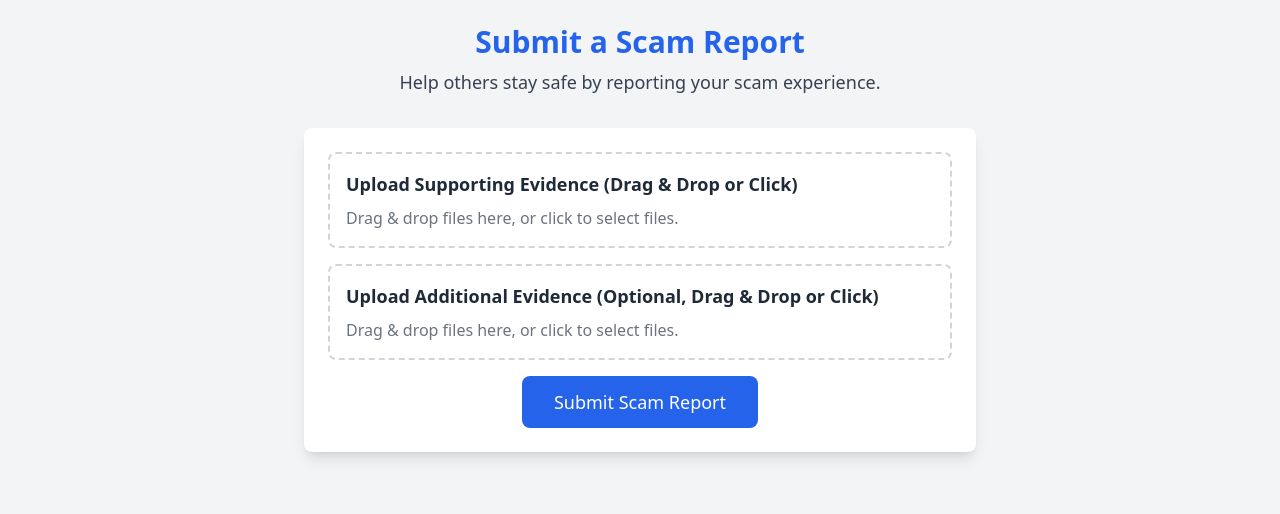
Repository: dev-athar/protarok
Page: /submit-scam
The author's editor kept a copy of each file at every save. The page is drawn from the files as they stood at one save, then again after the next save.
The browser window is 1280 px wide. The pictures show the whole page.
The project was rebuilt for these pictures with package versions that can differ from the ones it lists, and the page was loaded fresh each time. Also part of the build but not shown: vite.config.ts, src/pages/HomePage.tsx, src/pages/SearchResultsPage.tsx.

Above is the page before, as saved 2024-12-31 14:22:00.

### src/main.tsx
import { StrictMode } from "react";
import { createRoot } from "react-dom/client";
import "./index.css";
// import "./styles.css";
import App from "./App.tsx";

createRoot(document.getElementById("root")!).render(
  <StrictMode>
    <App />
  </StrictMode>
);

### src/App.tsx
// src/App.js
import { BrowserRouter as Router, Routes, Route } from "react-router-dom";
import HomePage from "./pages/HomePage";
import SearchResultsPage from "./pages/SearchResultsPage";
import SubmitScamPage from "./pages/SubmitScamPage";

function App() {
  return (
    <Router>
      <Routes>
        <Route path="/" element={<HomePage />} />
        <Route path="/search" element={<SearchResultsPage />} />
        <Route path="/submit-scam" element={<SubmitScamPage />} />
      </Routes>
    </Router>
  );
}

export default App;

### src/pages/SubmitScamPage.tsx
// import { useState } from "react";
// // Import the Supabase client
// import { supabase } from "../supabase"; // Ensure you have a supabase.js file exporting the initialized client

// const SubmitScamPage = () => {
//   const [formData, setFormData] = useState({
//     scamProfileName: "",
//     platform: "",
//     scamContactInfo: "",
//     dateOfScam: "",
//     description: "",
//     proof: [],
//     paymentMethod: "",
//     additionalEvidence: [],
//     victimContactInfo: "",
//     bankDetails: "",
//     paymentPlatform: "",
//     scamProfileUrl: "",
//     reportStatus: "",
//   });

//   const [isSubmitted, setIsSubmitted] = useState(false);

//   const handleChange = (e) => {
//     const { name, value } = e.target;
//     setFormData((prev) => ({
//       ...prev,
//       [name]: value,
//     }));
//   };

//   const handleFileChange = (e) => {
//     const { name, files } = e.target;
//     setFormData((prev) => ({
//       ...prev,
//       [name]: files[0],
//     }));
//   };

//   // Upload file to Supabase Storage
//   const uploadFileToSupabase = async (file, folder) => {
//     if (!file) {
//       // console.error("No file provided for upload.");
//       return null;
//     }

//     const filePath = `${folder}/${Date.now()}-${file.name}`;
//     // console.log(`Uploading file: ${filePath}`); // Log file path for debugging

//     // Upload file to Supabase Storage
//     const { data, error } = await supabase.storage
//       .from("uploads") // Ensure the bucket name matches
//       .upload(filePath, file);

//     if (error) {
//       console.error("File upload error:", error.message);
//       return null;
//     }
//     // console.log("Upload response:", data);

//     // Generate the public URL
//     const { data: publicData, error: publicError } = supabase.storage
//       .from("uploads")
//       .getPublicUrl(filePath);

//     if (publicError) {
//       console.error("Error generating public URL:", publicError.message);
//       return null;
//     }

//     // console.log(`Public URL generated: ${publicData.publicUrl}`);
//     return publicData.publicUrl;
//   };

//   const handleSubmit = async (e) => {
//     e.preventDefault();

//     try {
//       // Ensure URL has a proper scheme
//       const normalizedUrl = formData.scamProfileUrl.trim()
//         ? formData.scamProfileUrl.trim().startsWith("http")
//           ? formData.scamProfileUrl.trim()
//           : `https://${formData.scamProfileUrl.trim()}`
//         : "";

//       // Proceed with the updated URL in the form data
//       const formDataWithUrl = {
//         ...formData,
//         scamProfileUrl: normalizedUrl,
//       };

//       // Upload files to Supabase Storage
//       const proofUrl = await uploadFileToSupabase(formData.proof, "proofs");
//       const additionalEvidenceUrl = await uploadFileToSupabase(
//         formData.additionalEvidence,
//         "additionalEvidence"
//       );

//       // Insert data into Supabase database
//       const { error } = await supabase.from("scamReports").insert([
//         {
//           ...formDataWithUrl,
//           proof: proofUrl || null,
//           additionalEvidence: additionalEvidenceUrl || null,
//           submittedAt: new Date(), // Add timestamp
//         },
//       ]);

//       if (error) {
//         throw new Error(error.message);
//       }

//       // Reset form and show confirmation message
//       setFormData({
//         scamProfileName: "",
//         platform: "",
//         scamContactInfo: "",
//         dateOfScam: "",
//         description: "",
//         proof: null,
//         paymentMethod: "",
//         additionalEvidence: null,
//         victimContactInfo: "",
//         bankDetails: "",
//         paymentPlatform: "",
//         scamProfileUrl: "",
//         reportStatus: "",
//       });
//       setIsSubmitted(true);

//       // Hide confirmation message after a timeout
//       setTimeout(() => setIsSubmitted(false), 5000);
//     } catch (error) {
//       console.error("Error submitting form:", error);
//       alert(
//         "An error occurred while submitting your report. Please try again."
//       );
//     }
//   };

//   return (
//     <div className="min-h-screen bg-gray-100 p-6">
//       <header className="text-center mb-8">
//         <h1 className="text-3xl font-bold text-blue-600">
//           Submit a Scam Report
//         </h1>
//         <p className="text-lg text-gray-700 mt-2">
//           Help others stay safe by reporting your scam experience.
//         </p>
//       </header>

//       <div className="max-w-2xl mx-auto bg-white p-6 rounded-lg shadow-lg">
//         {isSubmitted && (
//           <div className="mb-4 p-4 text-green-700 bg-green-100 rounded-lg">
//             Thank you! Your report has been submitted and is pending admin
//             approval.
//           </div>
//         )}

//         <form onSubmit={handleSubmit}>
//           {/* Scam Profile Name */}
//           <div className="mb-4">
//             <label
//               htmlFor="scamProfileName"
//               className="block text-lg font-semibold text-gray-800"
//             >
//               Scammer’s Profile Name or Business Name
//             </label>
//             <input
//               type="text"
//               id="scamProfileName"
//               name="scamProfileName"
//               value={formData.scamProfileName}
//               onChange={handleChange}
//               className="w-full p-3 border border-gray-300 rounded-lg shadow-sm focus:outline-none focus:ring-2 focus:ring-blue-500"
//               placeholder="Enter profile or business name"
//               required
//             />
//           </div>

//           {/* Platform Used */}
//           <div className="mb-4">
//             <label
//               htmlFor="platform"
//               className="block text-lg font-semibold text-gray-800"
//             >
//               Platform Used
//             </label>
//             <select
//               id="platform"
//               name="platform"
//               value={formData.platform}
//               onChange={handleChange}
//               className="w-full p-3 border border-gray-300 rounded-lg shadow-sm focus:outline-none focus:ring-2 focus:ring-blue-500"
//               required
//             >
//               <option value="">Select Platform</option>
//               <option value="Facebook">Facebook</option>
//               <option value="Website">Website</option>
//               <option value="Phone">Phone</option>
//               <option value="Other">Other</option>
//             </select>
//           </div>

//           {/* Scammer’s Bank Details */}
//           <div className="mb-4">
//             <label
//               htmlFor="bankDetails"
//               className="block text-lg font-semibold text-gray-800"
//             >
//               Scammer’s Bank Details
//             </label>
//             <input
//               type="text"
//               id="bankDetails"
//               name="bankDetails"
//               value={formData.bankDetails}
//               onChange={handleChange}
//               className="w-full p-3 border border-gray-300 rounded-lg shadow-sm focus:outline-none focus:ring-2 focus:ring-blue-500"
//               placeholder="e.g., bKash/Nagad account or bank details"
//               required
//             />
//           </div>

//           {/* Payment Platform */}
//           <div className="mb-4">
//             <label
//               htmlFor="paymentPlatform"
//               className="block text-lg font-semibold text-gray-800"
//             >
//               Payment Platform Used
//             </label>
//             <input
//               type="text"
//               id="paymentPlatform"
//               name="paymentPlatform"
//               value={formData.paymentPlatform}
//               onChange={handleChange}
//               className="w-full p-3 border border-gray-300 rounded-lg shadow-sm focus:outline-none focus:ring-2 focus:ring-blue-500"
//               placeholder="e.g., bKash, Nagad, etc."
//             />
//           </div>

//           {/* Date and Time of Scam */}
//           <div className="mb-4">
//             <label
//               htmlFor="dateOfScam"
//               className="block text-lg font-semibold text-gray-800"
//             >
//               Date and Time of Scam
//             </label>
//             <input
//               type="datetime-local"
//               id="dateOfScam"
//               name="dateOfScam"
//               value={formData.dateOfScam}
//               onChange={handleChange}
//               className="w-full p-3 border border-gray-300 rounded-lg shadow-sm focus:outline-none focus:ring-2 focus:ring-blue-500"
//               required
//             />
//           </div>

//           {/* Description */}
//           <div className="mb-4">
//             <label
//               htmlFor="description"
//               className="block text-lg font-semibold text-gray-800"
//             >
//               Summary of the Incident
//             </label>
//             <textarea
//               id="description"
//               name="description"
//               value={formData.description}
//               onChange={handleChange}
//               className="w-full p-3 border border-gray-300 rounded-lg shadow-sm focus:outline-none focus:ring-2 focus:ring-blue-500"
//               rows="5"
//               placeholder="Describe the scam in detail"
//               required
//             ></textarea>
//           </div>

//           {/* Supporting Evidence */}
//           <div className="mb-4">
//             <label
//               htmlFor="proof"
//               className="block text-lg font-semibold text-gray-800"
//             >
//               Upload Supporting Evidence
//             </label>
//             <input
//               type="file"
//               id="proof"
//               name="proof"
//               accept="image/*,.pdf"
//               onChange={handleFileChange}
//               className="w-full p-2 border border-gray-300 rounded-lg shadow-sm focus:outline-none focus:ring-2 focus:ring-blue-500"
//               required
//             />
//           </div>

//           {/* Additional Evidence */}
//           <div className="mb-4">
//             <label
//               htmlFor="additionalEvidence"
//               className="block text-lg font-semibold text-gray-800"
//             >
//               Upload Additional Evidence (Optional)
//             </label>
//             <input
//               type="file"
//               id="additionalEvidence"
//               name="additionalEvidence"
//               accept="image/*,.pdf"
//               onChange={handleFileChange}
//               className="w-full p-2 border border-gray-300 rounded-lg shadow-sm focus:outline-none focus:ring-2 focus:ring-blue-500"
//             />
//           </div>

//           {/* Victim Contact Info */}
//           <div className="mb-4">
//             <label
//               htmlFor="victimContactInfo"
//               className="block text-lg font-semibold text-gray-800"
//             >
//               Your Contact Info (Optional)
//             </label>
//             <input
//               type="text"
//               id="victimContactInfo"
//               name="victimContactInfo"
//               value={formData.victimContactInfo}
//               onChange={handleChange}
//               className="w-full p-3 border border-gray-300 rounded-lg shadow-sm focus:outline-none focus:ring-2 focus:ring-blue-500"
//               placeholder="Email or phone (optional)"
//             />
//           </div>

//           {/* Scammer Profile URL */}
//           <div className="mb-4">
//             <label
//               htmlFor="scamProfileUrl"
//               className="block text-lg font-semibold text-gray-800"
//             >
//               Scammer’s Profile URL (Optional)
//             </label>
//             <input
//               type="text"
//               id="scamProfileUrl"
//               name="scamProfileUrl"
//               value={formData.scamProfileUrl}
//               onChange={handleChange}
//               className="w-full p-3 border border-gray-300 rounded-lg shadow-sm focus:outline-none focus:ring-2 focus:ring-blue-500"
//               placeholder="Enter scammer's profile URL (Optional)"
//             />
//           </div>

//           {/* Report Status */}
//           <div className="mb-4">
//             <label
//               htmlFor="reportStatus"
//               className="block text-lg font-semibold text-gray-800"
//             >
//               Report Status (Optional)
//             </label>
//             <input
//               type="text"
//               id="reportStatus"
//               name="reportStatus"
//               value={formData.reportStatus}
//               onChange={handleChange}
//               className="w-full p-3 border border-gray-300 rounded-lg shadow-sm focus:outline-none focus:ring-2 focus:ring-blue-500"
//               placeholder="Status of report, like Information about complaints made to authorities"
//             />
//           </div>

//           {/* Submit Button */}
//           <div className="text-center">
//             <button
//               type="submit"
//               className="bg-blue-600 text-white py-3 px-8 rounded-lg text-lg hover:bg-blue-700 transition duration-300"
//             >
//               Submit Scam Report
//             </button>
//           </div>
//         </form>
//       </div>
//     </div>
//   );
// };

// export default SubmitScamPage;

import { useState } from "react";
import { supabase } from "../supabase"; // Ensure you have a supabase.js file exporting the initialized client

const SubmitScamPage = () => {
  const [formData, setFormData] = useState({
    scamProfileName: "",
    platform: "",
    scamContactInfo: "",
    dateOfScam: "",
    description: "",
    proof: [],
    paymentMethod: "",
    additionalEvidence: [],
    victimContactInfo: "",
    bankDetails: "",
    paymentPlatform: "",
    scamProfileUrl: "",
    reportStatus: "",
  });

  const [isSubmitted, setIsSubmitted] = useState(false);

  const handleChange = (e) => {
    const { name, value } = e.target;
    setFormData((prev) => ({
      ...prev,
      [name]: value,
    }));
  };

  const handleFileChange = (e) => {
    const { name, files } = e.target;
    setFormData((prev) => ({
      ...prev,
      [name]: Array.from(files),
    }));
  };

  const handleDrop = (e, name) => {
    e.preventDefault();
    const files = Array.from(e.dataTransfer.files);
    setFormData((prev) => ({
      ...prev,
      [name]: files,
    }));
  };

  const handleDragOver = (e) => {
    e.preventDefault();
  };

  // Upload multiple files to Supabase Storage
  const uploadFilesToSupabase = async (files, folder) => {
    if (!files || files.length === 0) {
      return [];
    }

    const uploadPromises = files.map(async (file) => {
      const filePath = `${folder}/${Date.now()}-${file.name}`;
      const { data, error } = await supabase.storage
        .from("uploads") // Ensure the bucket name matches
        .upload(filePath, file);

      if (error) {
        console.error("File upload error:", error.message);
        return null;
      }

      const { data: publicData, error: publicError } = supabase.storage
        .from("uploads")
        .getPublicUrl(filePath);

      if (publicError) {
        console.error("Error generating public URL:", publicError.message);
        return null;
      }

      return publicData.publicUrl;
    });

    return Promise.all(uploadPromises);
  };

  const handleSubmit = async (e) => {
    e.preventDefault();

    try {
      const normalizedUrl = formData.scamProfileUrl.trim()
        ? formData.scamProfileUrl.trim().startsWith("http")
          ? formData.scamProfileUrl.trim()
          : `https://${formData.scamProfileUrl.trim()}`
        : "";

      const formDataWithUrl = {
        ...formData,
        scamProfileUrl: normalizedUrl,
      };

      // Upload files to Supabase Storage
      const proofUrls = await uploadFilesToSupabase(formData.proof, "proofs");
      const additionalEvidenceUrls = await uploadFilesToSupabase(
        formData.additionalEvidence,
        "additionalEvidence"
      );

      // Insert data into Supabase database
      const { error } = await supabase.from("scamReports").insert([
        {
          ...formDataWithUrl,
          proof: proofUrls.length > 0 ? proofUrls : null,
          additionalEvidence:
            additionalEvidenceUrls.length > 0 ? additionalEvidenceUrls : null,
          submittedAt: new Date(),
        },
      ]);

      if (error) {
        throw new Error(error.message);
      }

      setFormData({
        scamProfileName: "",
        platform: "",
        scamContactInfo: "",
        dateOfScam: "",
        description: "",
        proof: [],
        paymentMethod: "",
        additionalEvidence: [],
        victimContactInfo: "",
        bankDetails: "",
        paymentPlatform: "",
        scamProfileUrl: "",
        reportStatus: "",
      });
      setIsSubmitted(true);
      setTimeout(() => setIsSubmitted(false), 5000);
    } catch (error) {
      console.error("Error submitting form:", error);
      alert(
        "An error occurred while submitting your report. Please try again."
      );
    }
  };

  return (
    <div className="min-h-screen bg-gray-100 p-6">
      <header className="text-center mb-8">
        <h1 className="text-3xl font-bold text-blue-600">
          Submit a Scam Report
        </h1>
        <p className="text-lg text-gray-700 mt-2">
          Help others stay safe by reporting your scam experience.
        </p>
      </header>

      <div className="max-w-2xl mx-auto bg-white p-6 rounded-lg shadow-lg">
        {isSubmitted && (
          <div className="mb-4 p-4 text-green-700 bg-green-100 rounded-lg">
            Thank you! Your report has been submitted and is pending admin
            approval.
          </div>
        )}

        <form onSubmit={handleSubmit}>
          {/* Other form fields */}

          {/* Supporting Evidence */}
          <div
            className="mb-4 border-dashed border-2 border-gray-300 p-4 rounded-lg"
            onDrop={(e) => handleDrop(e, "proof")}
            onDragOver={handleDragOver}
          >
            <label
              htmlFor="proof"
              className="block text-lg font-semibold text-gray-800"
            >
              Upload Supporting Evidence (Drag & Drop or Click)
            </label>
            <input
              type="file"
              id="proof"
              name="proof"
              accept="image/*,.pdf"
              multiple
              onChange={handleFileChange}
              className="hidden"
            />
            <p className="text-gray-500 mt-2">
              Drag & drop files here, or click to select files.
            </p>
          </div>

          {/* Additional Evidence */}
          <div
            className="mb-4 border-dashed border-2 border-gray-300 p-4 rounded-lg"
            onDrop={(e) => handleDrop(e, "additionalEvidence")}
            onDragOver={handleDragOver}
          >
            <label
              htmlFor="additionalEvidence"
              className="block text-lg font-semibold text-gray-800"
            >
              Upload Additional Evidence (Optional, Drag & Drop or Click)
            </label>
            <input
              type="file"
              id="additionalEvidence"
              name="additionalEvidence"
              accept="image/*,.pdf"
              multiple
              onChange={handleFileChange}
              className="hidden"
            />
            <p className="text-gray-500 mt-2">
              Drag & drop files here, or click to select files.
            </p>
          </div>

          <div className="text-center">
            <button
              type="submit"
              className="bg-blue-600 text-white py-3 px-8 rounded-lg text-lg hover:bg-blue-700 transition duration-300"
            >
              Submit Scam Report
            </button>
          </div>
        </form>
      </div>
    </div>
  );
};

export default SubmitScamPage;

### src/supabase.js
// src/supabase.js
import { createClient } from "@supabase/supabase-js";

// Replace with your Supabase project details
const SUPABASE_URL = "https://sifneaujnvssmmholqep.supabase.co";
const SUPABASE_ANON_KEY =
  "eyJhbGciOiJIUzI1NiIsInR5cCI6IkpXVCJ9.eyJpc3MiOiJzdXBhYmFzZSIsInJlZiI6InNpZm5lYXVqbnZzc21taG9scWVwIiwicm9sZSI6ImFub24iLCJpYXQiOjE3MzU1Nzg3OTYsImV4cCI6MjA1MTE1NDc5Nn0.zF7HMOg0-BrktsjLbYnVq5kqcp5-WHRwPWzEX9ggRew";

export const supabase = createClient(SUPABASE_URL, SUPABASE_ANON_KEY);

### tailwind.config.js
/** @type {import('tailwindcss').Config} */
// export default {
module.exports = {
  content: ["./index.html", "./src/**/*.{js,ts,jsx,tsx}"],
  theme: {
    extend: {},
  },
  plugins: [],
};

Loaded but not shown: index.html (common file); src/index.css (common file)

After the next save:
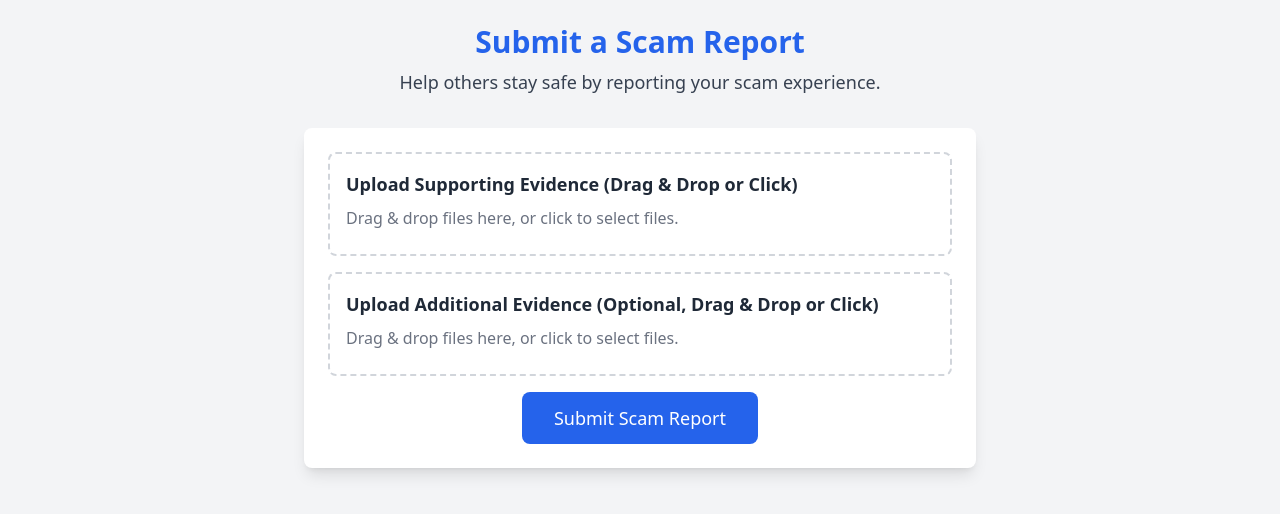
Saved 5 min 10 s later.
--- a/src/pages/SubmitScamPage.tsx
+++ b/src/pages/SubmitScamPage.tsx
@@ -582,6 +582,11 @@ const SubmitScamPage = () => {
             <p className="text-gray-500 mt-2">
               Drag & drop files here, or click to select files.
             </p>
+            <ul className="mt-2 list-disc list-inside text-sm text-gray-600">
+              {formData.proof.map((file, index) => (
+                <li key={index}>{file.name}</li>
+              ))}
+            </ul>
           </div>
 
           {/* Additional Evidence */}
@@ -608,6 +613,11 @@ const SubmitScamPage = () => {
             <p className="text-gray-500 mt-2">
               Drag & drop files here, or click to select files.
             </p>
+            <ul className="mt-2 list-disc list-inside text-sm text-gray-600">
+              {formData.additionalEvidence.map((file, index) => (
+                <li key={index}>{file.name}</li>
+              ))}
+            </ul>
           </div>
 
           <div className="text-center">
